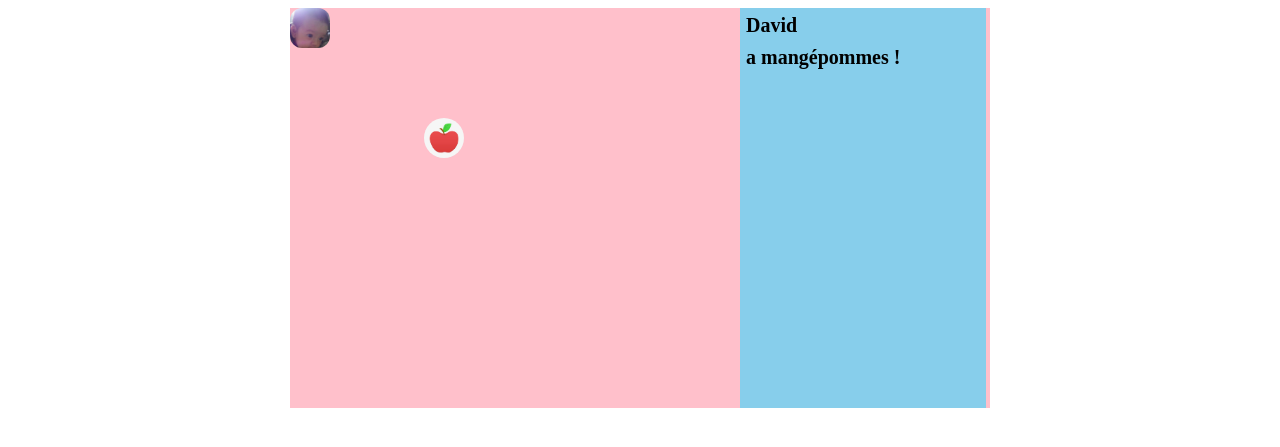
Repository: clairedupuich/kong_jian
Page: snake_game/snake.html
These files come from the project's save history. The page is drawn as it stood at one moment and after a run of saves; the edit follows.
The browser window is 1280 px wide. The pictures show the whole page.

Above is the page before, as saved 2020-12-18 15:08:37.

### snake_game/snake.html
<!DOCTYPE html>
<html lang="en">
<head>
    <meta charset="UTF-8">
    <meta name="viewport" content="width=device-width, initial-scale=1.0">
    <title>snake</title>
    <link rel='stylesheet' href='snake.css' />
</head>
<body>

    <div class="face">
        <!-- 小蛇移动的操场 -->
        <div id="playground">
            <!-- 食物 界面中的蓝色小方块-->
            <div id="food"></div>
            <!-- 小蛇 界面中的红色小方块-->
            <div id="snack"></div>
        </div>
        <!-- 计算得分 -->
        <div class="menu">
            <div>David <br> a mangé<span id="score"></span>pommes !</div>
        </div>
    </div>



    <script type='text/javascript' src='snake.js'></script>
</body>
</html>

### snake_game/snake.css
.face{
    height: 400px;
    width: 700px;
    margin-left: auto;
    margin-right: auto;
    position: relative;
    background-color: pink;
}
#playground{
    height: 400px;
    width: 450px;
    float: left;
    position: relative;
}
.menu{
    padding: 6px;
    height: 388px;
    width: 234px;
    float: left;
    background-color: skyblue;
}
#snack{
    height: 40px;
    width: 40px;
   /*  background-color: red; */
    background-image: url(img/game_snake.png);
    background-position: center;
    background-size: cover;
    border-radius: 30%;
    position: absolute;
    left: 0px;
    top:0px;
}
#food{
    height: 40px;
    width: 40px;
   /*  background: blue; */
   background-image: url(img/téléchargement.jpeg);
   border-radius: 50%;
    background-position: center;
    background-size: cover;
    position: absolute;
}
.body{
    height: 20px;
    width: 20px;
    background: green;
    border-radius: .3em;
    position: absolute;
    left: 0px;
    top:0px;
}
#score{
    font-size: 30px;
    font-weight: bold;
    color: red;
}
.menu div{
    font-size: 20px;
    font-weight: bold;
}

作者：IT程序狮
链接：https://juejin.cn/post/6844903459297181703
来源：掘金
著作权归作者所有。商业转载请联系作者获得授权，非商业转载请注明出处。

### snake_game/snake.js
//获取元素节点
var jsDiv = document.getElementById("playground");
var jsSnack = document.getElementById("snack");
var jsStart = document.getElementById("start");
var jsFood = document.getElementById("food");
var jsBody = document.getElementById("playground");
var jsScore = document.getElementById("score");
//设置全局变量
var timer;//创建定时器为全局变量
var timer1 = setInterval(eat,10);//检测位置碰撞，并且吃掉食物；
var srr = [];//记录蛇行动的位置
var num = 0 ;//记录数组的长度
var jsSnackBody ;//么米吃掉一个食物，蛇的身体

    //开始游戏
    document.onkeydown = function(e){
        var evt = e || window.event;
            switch(evt.keyCode) {
            //向左移动
            case 37:
                clearInterval(timer);
                timer=window.setInterval(runLeft,10)
                function runLeft(){
                    if (jsSnack.offsetLeft > 0) {
                        jsSnack.style.left = jsSnack.offsetLeft - 1+ "px";
                        jsSnack.style.top = jsSnack.offsetTop + "px";
                        //记录小蛇的位置
                        srr.push([jsSnack.offsetLeft, jsSnack.offsetTop]);
                        num++;//记录数组的长度
                    }
                }
            break;
            //向上移动
            case 38:
                clearInterval(timer);
                timer=window.setInterval(runTop,10);
                function runTop(){
                    if (jsSnack.offsetTop > 0) {
                        jsSnack.style.top = jsSnack.offsetTop - 1 + "px";
                        jsSnack.style.left = jsSnack.offsetLeft + "px";
                        //记录小蛇的位置
                        srr.push([jsSnack.offsetLeft, jsSnack.offsetTop]);
                        num++;//记录数组的长度
                    }
                }

            break;
            //向右移动
            case 39:
                clearInterval(timer);
                timer=window.setInterval(runRight,10);
                function runRight(){
                    if (jsSnack.offsetLeft + jsSnack.offsetWidth <= 450) {
                        jsSnack.style.left = jsSnack.offsetLeft + 1 + "px";
                        jsSnack.style.top = jsSnack.offsetTop + "px";
                        //记录小蛇的位置
                        srr.push([jsSnack.offsetLeft, jsSnack.offsetTop]);
                        num++;//记录数组的长度
                    }
                }
            break;
            //向下移动
            case 40:
                clearInterval(timer);
                timer=window.setInterval(runBottom,10);
                function runBottom(){
                    if (jsSnack.offsetTop + jsSnack.offsetHeight <= 400) {
                        jsSnack.style.top = jsSnack.offsetTop + 1 + "px";
                        jsSnack.style.left = jsSnack.offsetLeft + "px";
                        //记录小蛇的位置
                        srr.push([jsSnack.offsetLeft, jsSnack.offsetTop]);
                        num++;//记录数组的长度
                    }
                }
            break;
        }
    }

        //食物随机出现
        function Pos(){
            jsFood.style.left=parseInt(Math.random() * (430 - 20 + 1) + 20) + "px";
            jsFood.style.top=parseInt(Math.random() * (380 - 20 + 1) + 20) + "px";
        }
        Pos();

        function eat(){
            rectangleCrashExamine(jsSnack,jsFood);
            function rectangleCrashExamine(obj1, obj2) {
                var obj1Left = obj1.offsetLeft;
                var obj1Width = obj1.offsetLeft + obj1.offsetWidth;
                var obj1Top = obj1.offsetTop;
                var obj1Height = obj1.offsetTop + obj1.offsetHeight;
                var obj2Left = obj2.offsetLeft;
                var obj2Width = obj2.offsetLeft + obj2.offsetWidth;
                var obj2Top = obj2.offsetTop;
                var obj2Height = obj2.offsetTop + obj2.offsetHeight;
                //检测碰撞
                //碰撞检测原理：
                    //蛇在实物的左边、右边、上边、下边的时候，说明没有发生碰撞，那么我们取反，就说明发生碰撞
                if ( !(obj1Left > obj2Width || obj1Width < obj2Left || obj1Top > obj2Height || obj1Height < obj2Top) ) {
                    //碰撞后身体
                    jsSnackBody = document.createElement("div");
                    jsSnackBody.setAttribute("class","body");
                    jsBody.appendChild(jsSnackBody);
                    Pos();//怪物的位置随机变换
                    setInterval(follow,10);//身体跟随的定时器
                }
            }
        }


        function follow(){
            //检查一共添加了多少身体
            var bodyNum = document.getElementsByClassName("body");
            //记录得分
            jsScore.innerHTML = bodyNum.length;
            //蛇每次移动1个像素，那么新的身体应该跟随在当前数组的倒数第20个数组的位置;依次加等;
            var place = 0 ;
            for( var i = 0 ; i<bodyNum.length ; i++){
                place += 20;
                bodyNum[i].style.left=srr[num-place][0] + 'px';
                bodyNum[i].style.top=srr[num-place][1] + 'px';
            }
        }

After the next 2 saves:
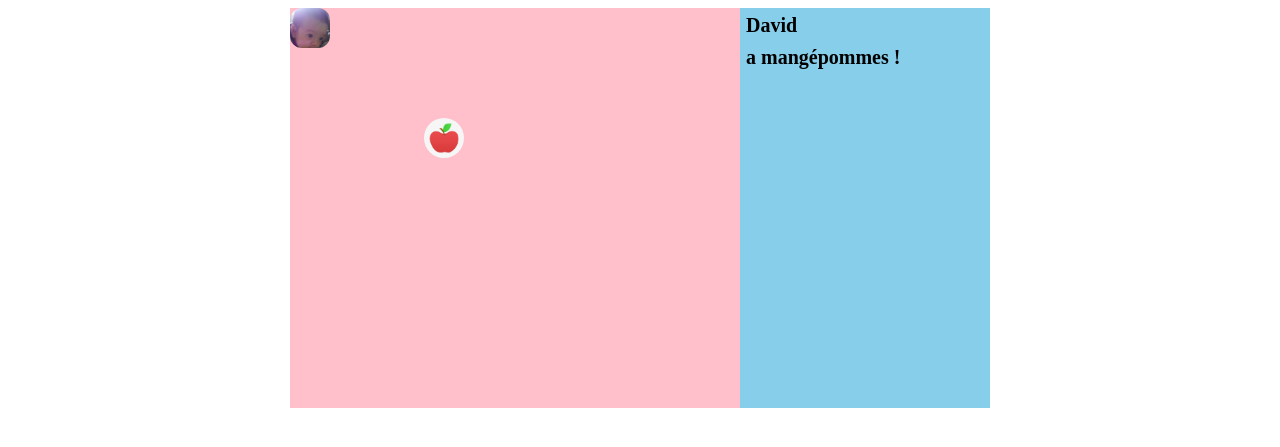
The 2 saves are shown as one change because they came seconds apart.
The last was saved 12 s later.
--- a/snake_game/snake.css
+++ b/snake_game/snake.css
@@ -15,7 +15,7 @@
 .menu{
     padding: 6px;
     height: 388px;
-    width: 234px;
+    width: 238px;
     float: left;
     background-color: skyblue;
 }
